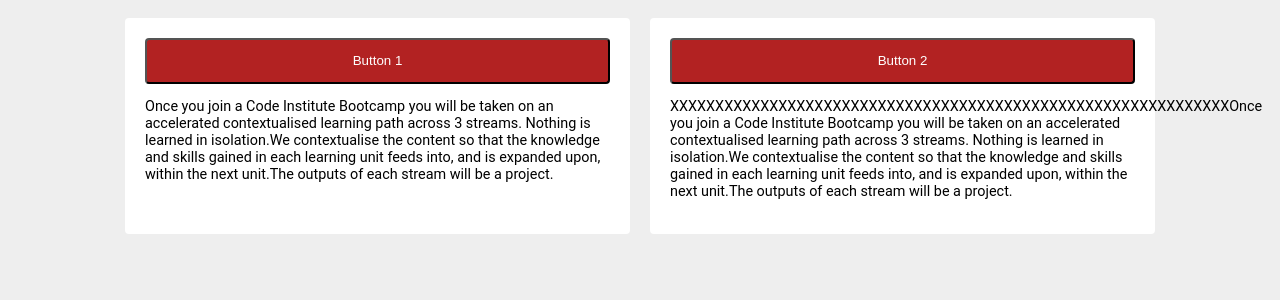
Repository: grisselfaura/jQuery_Events_Method-Chaining
Page: button.html
The author's editor kept a record of every edit. The page is drawn from the files as they stood at one moment, then again after the next edit.
The browser window is 1280 px wide. The pictures show the whole page.
After loading, the first visible `#button2` was clicked once.
Some web libraries are served in a nearby version.

Above is the page before.

After the next edit:
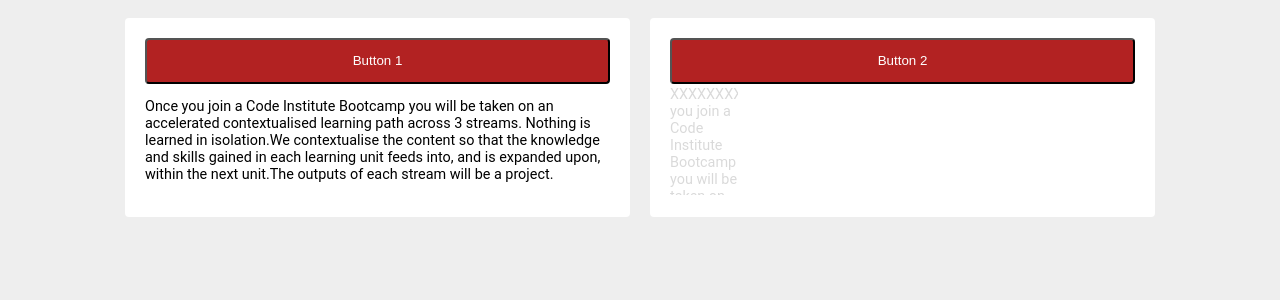
The edit:
--- a/Challenge-3.js
+++ b/Challenge-3.js
@@ -2,7 +2,7 @@
 
 	// hides/shows paragraphs when either button is clicked
 	$('#button2').click(function() {
- 		$('para1').hide(2000).show(2000);
+ 		$('#para2').hide(2000).show(2000);
 	});
 		// fadeIn() / fadeOut() paragraphs when either button is clicked
 	$('#button2').dblclick(function() {
